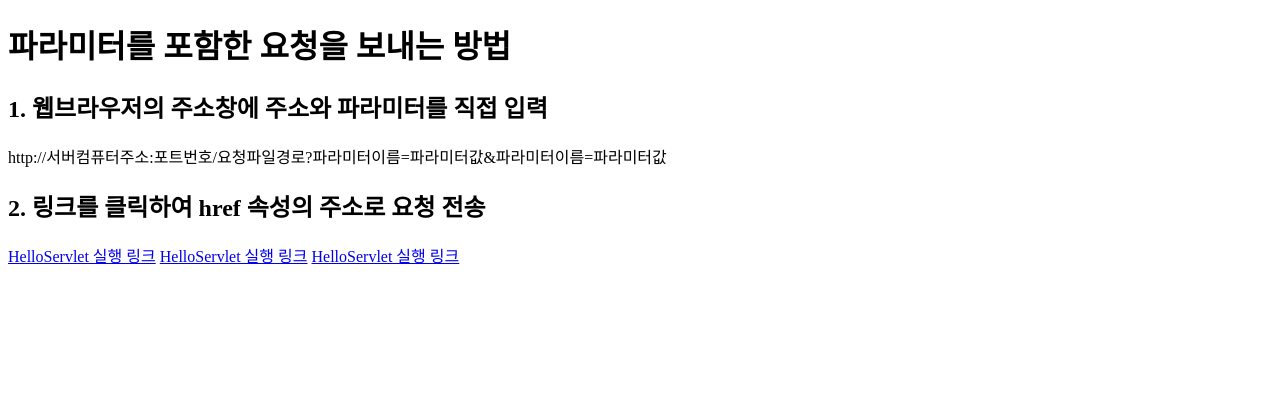
Repository: gywjd848/jeongblog
Page: workspace/exweb/WebContent/param.html
An editor plug-in stored every save of this project. The page is shown before and after the next save, followed by the edit.
The browser window is 1280 px wide. The pictures show the whole page.

Above is the page before, as saved 2020-05-15 01:48:23.

### workspace/exweb/WebContent/param.html
<!DOCTYPE html>
<html>
<head>
<meta charset="UTF-8">
<title>파라미터 테스트</title>
</head>
<body>
	<h1>파라미터를 포함한 요청을 보내는 방법</h1>
	<h2>1. 웹브라우저의 주소창에 주소와 파라미터를 직접 입력</h2>
	<div>http://서버컴퓨터주소:포트번호/요청파일경로?파라미터이름=파라미터값&파라미터이름=파라미터값</div>
	<h2>2. 링크를 클릭하여 href 속성의 주소로 요청 전송</h2>
	<div>
		<a href="http://localhost:8000/exweb/hello.do?a=hello&b=포로리">HelloServlet 실행 링크</a>
		<a href="/exweb/hello.do?a=hello&b=포로리">HelloServlet 실행 링크</a>
		<a href="hello.do?a=hello&b=포로리">HelloServlet 실행 링크</a>
	</div>
</body>
</html>

After the next save:
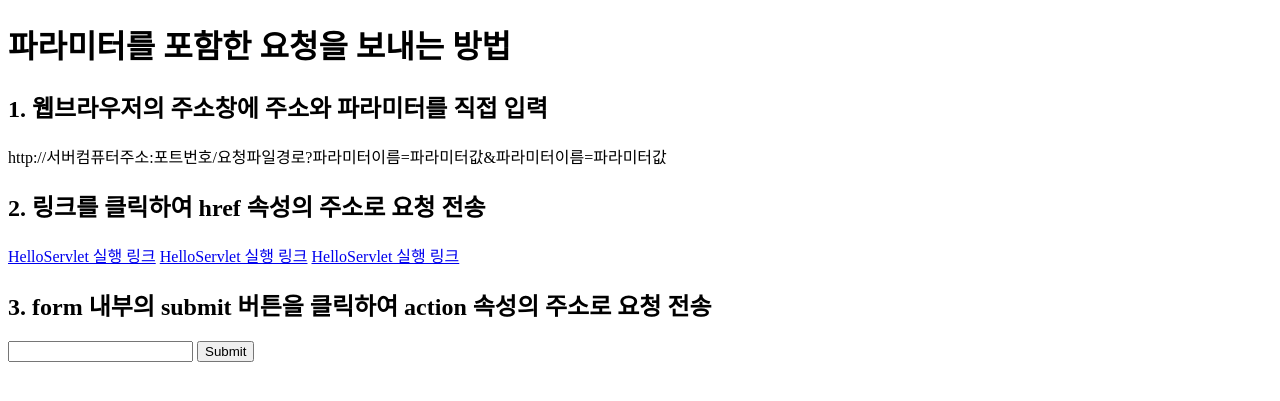
Saved 19 min 38 s later.
--- a/workspace/exweb/WebContent/param.html
+++ b/workspace/exweb/WebContent/param.html
@@ -14,5 +14,10 @@
 		<a href="/exweb/hello.do?a=hello&b=포로리">HelloServlet 실행 링크</a>
 		<a href="hello.do?a=hello&b=포로리">HelloServlet 실행 링크</a>
 	</div>
+	<h2>3. form 내부의 submit 버튼을 클릭하여 action 속성의 주소로 요청 전송</h2>
+	<form action="http://localhost:8000/exweb/hello.do">
+		<input type="text"/>
+		<input type="submit" />
+	</form>
 </body>
 </html>
